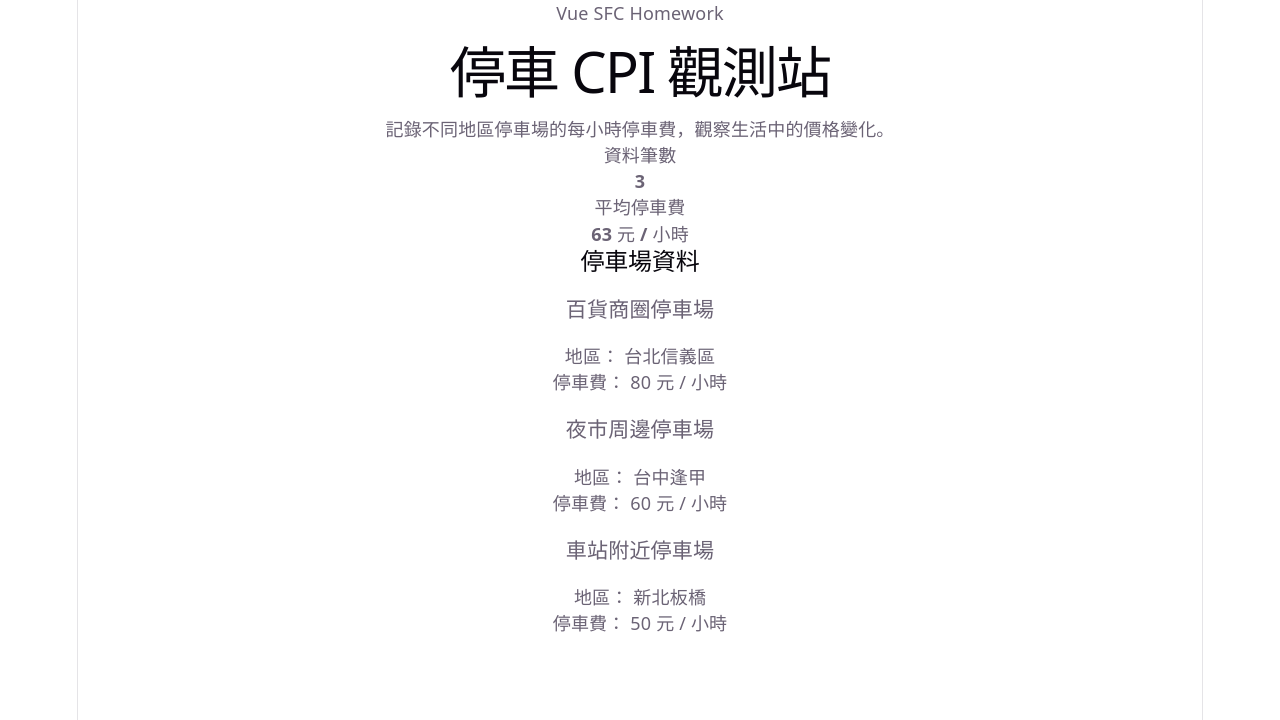
Repository: stewie0901/parking-cpi
Page: /
The author's editor kept a copy of each file at every save. The page is drawn from the files as they stood at one save, then again after the next save.
The browser window is 1280 px wide. The pictures show the whole page.
The project was rebuilt for these pictures with package versions that can differ from the ones it lists, and the page was loaded fresh each time. Also part of the build but not shown: vite.config.js.

Above is the page before, as saved 2026-06-04 15:01:53.

After the next save:
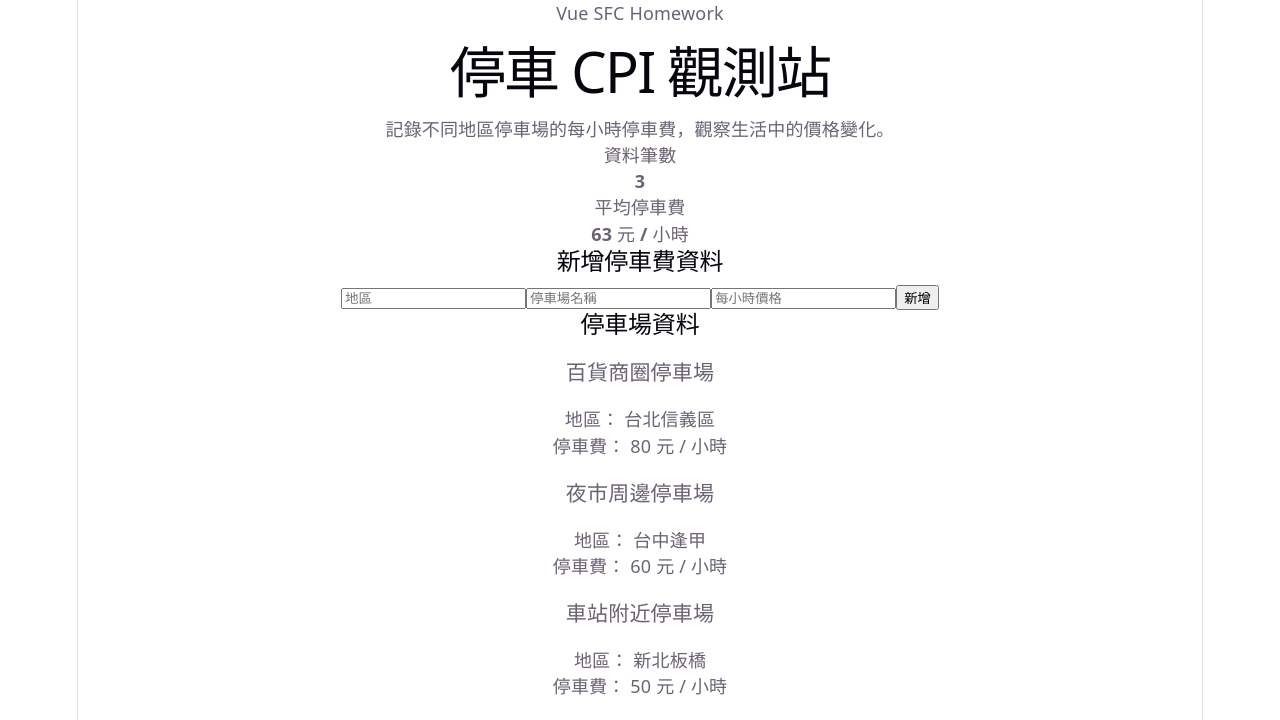
Saved 49 s later.
--- a/src/App.vue
+++ b/src/App.vue
@@ -3,6 +3,7 @@ import { ref, computed } from 'vue'
 import HeaderBanner from './components/HeaderBanner.vue'
 import SummaryBox from './components/SummaryBox.vue'
 import PriceCard from './components/PriceCard.vue'
+import PriceForm from './components/PriceForm.vue'
 
 const parkingList = ref([
   { id: 1, area: '台北信義區', place: '百貨商圈停車場', price: 80 },
@@ -14,6 +15,10 @@ const averagePrice = computed(() => {
   const total = parkingList.value.reduce((sum, item) => sum + item.price, 0)
   return Math.round(total / parkingList.value.length)
 })
+
+function addParking(newParking) {
+  parkingList.value.push(newParking)
+}
 </script>
 
 <template>
@@ -25,6 +30,8 @@ const averagePrice = computed(() => {
       :average-price="averagePrice"
     />
 
+    <PriceForm @add-parking="addParking" />
+
     <h2>停車場資料</h2>
 
     <PriceCard
